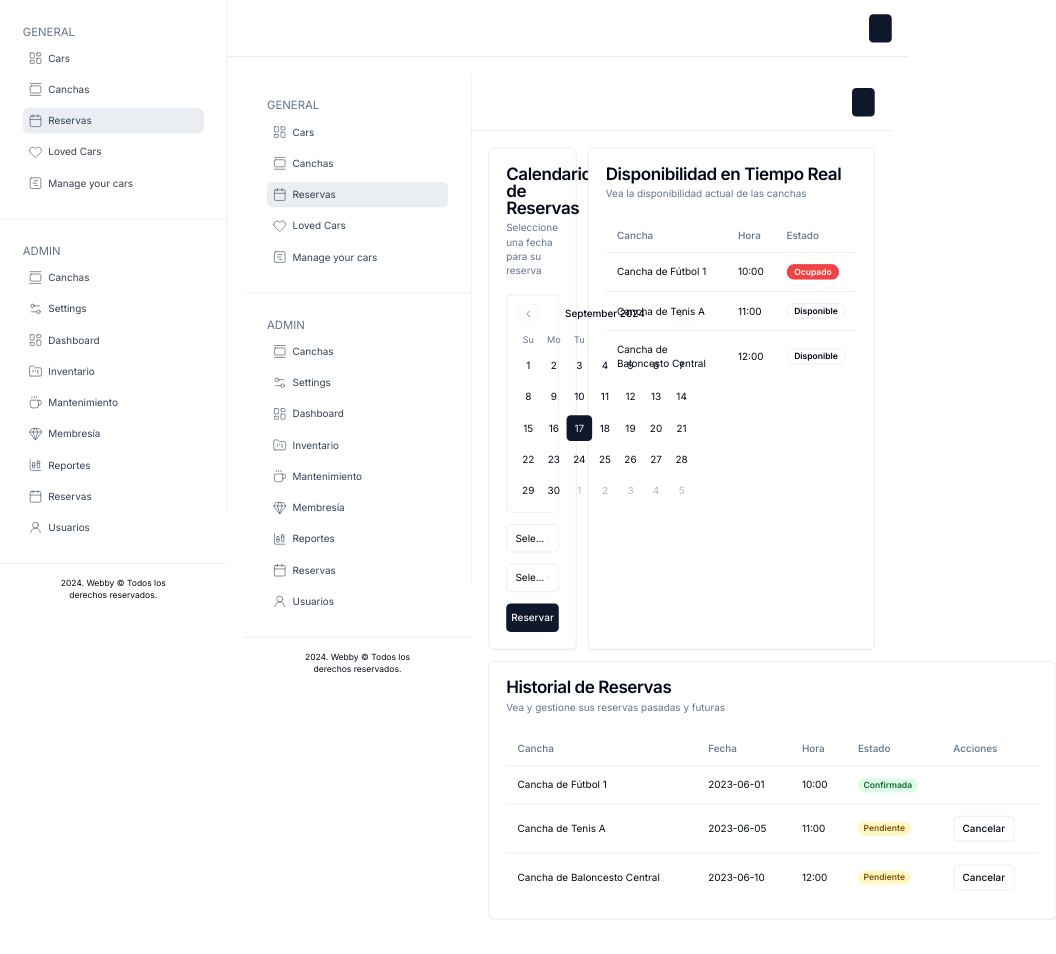
Repository: Jackson-sch/cdeporte
Page: /reservas
The author's editor kept a copy of each file at every save. The page is drawn from the files as they stood at one save, then again after the next save.
The browser window is 1280 px wide. The page is 1488 px wide, then 1280 px, so the pictures cover 1488 px, including what lies to the right of the window. The pictures show the whole page, at 71% of full size.
The project was rebuilt for these pictures with package versions that can differ from the ones it lists, and the page was loaded fresh each time. The framework's server and built-in components were replaced by stand-ins that run in the browser. Also part of the build but not shown: next.config.mjs, src/components/ui/label.jsx, src/components/ui/input.jsx, src/components/Reservas/HistorialReserva.jsx.

Above is the page before, as saved 2024-09-17 20:09:36.

### src/app/layout.jsx
import { Inter } from "next/font/google";
import "./globals.css";
import { Toaster } from "@/components/ui/toaster";

const inter = Inter({ subsets: ["latin"] });

export const metadata = {
  title: "Create Next App",
  description: "Generated by create next app",
};

export default function RootLayout({ children }) {
  return (
    <html lang="en">
      <body className={inter.className}>
        {children}
        <Toaster />
        </body>
    </html>
  );
}

### src/app/(routes)/layout.jsx
import { NavbarDashboard } from "@/components/NavbarDashboard/NavbarDashboard";
import { Sidebar } from "@/components/Sidebar/Sidebar";




export default function LayoutDashboard({ children }) {
  return (
    <div className="flex w-full h-full">
      <div className="hidden h-full xl:block w-80 xl:fixed">
        <Sidebar />
      </div>
      <div className="w-full h-full xl:ml-80">
        <NavbarDashboard />
        <div className="p-6 h-max container">{children}</div>
      </div>
    </div>
  );
}

### src/app/(routes)/(cliente)/layout.jsx
import { NavbarDashboard } from "@/components/NavbarDashboard/NavbarDashboard";
import { Sidebar } from "@/components/Sidebar/Sidebar";




export default function LayoutDashboard({ children }) {
  return (
    <div className="flex w-full h-full">
      <div className="hidden h-full xl:block w-80 xl:fixed">
        <Sidebar />
      </div>
      <div className="w-full h-full xl:ml-80">
        <NavbarDashboard />
        <div className="p-6 h-max container">{children}</div>
      </div>
    </div>
  );
}

### src/components/ui/toaster.jsx
"use client"

import {
  Toast,
  ToastClose,
  ToastDescription,
  ToastProvider,
  ToastTitle,
  ToastViewport,
} from "@/components/ui/toast"
import { useToast } from "@/components/ui/use-toast"

export function Toaster() {
  const { toasts } = useToast()

  return (
    (<ToastProvider>
      {toasts.map(function ({ id, title, description, action, ...props }) {
        return (
          (<Toast key={id} {...props}>
            <div className="grid gap-1">
              {title && <ToastTitle>{title}</ToastTitle>}
              {description && (
                <ToastDescription>{description}</ToastDescription>
              )}
            </div>
            {action}
            <ToastClose />
          </Toast>)
        );
      })}
      <ToastViewport />
    </ToastProvider>)
  );
}

### src/components/NavbarDashboard/NavbarDashboard.jsx
import { Sheet, SheetContent, SheetTrigger } from "@/components/ui/sheet";
import {Button } from "@/components/ui/button";
import { Menu } from "lucide-react";
import { SidebarRoutes } from "../SidebarRoutes/SidebarRoutes";



export function NavbarDashboard() {
  return (
    <nav className="flex items-center justify-between w-full h-20 px-2 border-b gap-x-4 md:px-6 bg-background">
      <div className="block xl:hidden">
        <Sheet>
          <SheetTrigger className="flex items-center">
            <Menu />
          </SheetTrigger>
          <SheetContent side="left">
            <SidebarRoutes />
          </SheetContent>
        </Sheet>
      </div>
      <div className="flex items-center justify-end w-full gap-x-2">
        <Button />
      </div>
    </nav>
  );
}

### src/components/Sidebar/Sidebar.jsx
import { SidebarRoutes } from "../SidebarRoutes/SidebarRoutes";


export function Sidebar() {
  return (
    <div className="h-screen">
      <div className="flex flex-col h-full border-r">
        <SidebarRoutes />
      </div>
    </div>
  );
}

### src/components/ui/calendar.jsx
"use client";
import * as React from "react"
import { ChevronLeft, ChevronRight } from "lucide-react"
import { DayPicker } from "react-day-picker"

import { cn } from "@/lib/utils"
import { buttonVariants } from "@/components/ui/button"

function Calendar({
  className,
  classNames,
  showOutsideDays = true,
  ...props
}) {
  return (
    (<DayPicker
      showOutsideDays={showOutsideDays}
      className={cn("p-3", className)}
      classNames={{
        months: "flex flex-col sm:flex-row space-y-4 sm:space-x-4 sm:space-y-0",
        month: "space-y-4",
        caption: "flex justify-center pt-1 relative items-center",
        caption_label: "text-sm font-medium",
        nav: "space-x-1 flex items-center",
        nav_button: cn(
          buttonVariants({ variant: "outline" }),
          "h-7 w-7 bg-transparent p-0 opacity-50 hover:opacity-100"
        ),
        nav_button_previous: "absolute left-1",
        nav_button_next: "absolute right-1",
        table: "w-full border-collapse space-y-1",
        head_row: "flex",
        head_cell:
          "text-muted-foreground rounded-md w-9 font-normal text-[0.8rem]",
        row: "flex w-full mt-2",
        cell: "h-9 w-9 text-center text-sm p-0 relative [&:has([aria-selected].day-range-end)]:rounded-r-md [&:has([aria-selected].day-outside)]:bg-accent/50 [&:has([aria-selected])]:bg-accent first:[&:has([aria-selected])]:rounded-l-md last:[&:has([aria-selected])]:rounded-r-md focus-within:relative focus-within:z-20",
        day: cn(
          buttonVariants({ variant: "ghost" }),
          "h-9 w-9 p-0 font-normal aria-selected:opacity-100"
        ),
        day_range_end: "day-range-end",
        day_selected:
          "bg-primary text-primary-foreground hover:bg-primary hover:text-primary-foreground focus:bg-primary focus:text-primary-foreground",
        day_today: "bg-accent text-accent-foreground",
        day_outside:
          "day-outside text-muted-foreground opacity-50 aria-selected:bg-accent/50 aria-selected:text-muted-foreground aria-selected:opacity-30",
        day_disabled: "text-muted-foreground opacity-50",
        day_range_middle:
          "aria-selected:bg-accent aria-selected:text-accent-foreground",
        day_hidden: "invisible",
        ...classNames,
      }}
      components={{
        IconLeft: ({ ...props }) => <ChevronLeft className="h-4 w-4" />,
        IconRight: ({ ...props }) => <ChevronRight className="h-4 w-4" />,
      }}
      {...props} />)
  );
}
Calendar.displayName = "Calendar"

export { Calendar }

### src/components/ui/card.jsx
import * as React from "react"

import { cn } from "@/lib/utils"

const Card = React.forwardRef(({ className, ...props }, ref) => (
  <div
    ref={ref}
    className={cn("rounded-lg border bg-card text-card-foreground shadow-sm", className)}
    {...props} />
))
Card.displayName = "Card"

const CardHeader = React.forwardRef(({ className, ...props }, ref) => (
  <div
    ref={ref}
    className={cn("flex flex-col space-y-1.5 p-6", className)}
    {...props} />
))
CardHeader.displayName = "CardHeader"

const CardTitle = React.forwardRef(({ className, ...props }, ref) => (
  <h3
    ref={ref}
    className={cn("text-2xl font-semibold leading-none tracking-tight", className)}
    {...props} />
))
CardTitle.displayName = "CardTitle"

const CardDescription = React.forwardRef(({ className, ...props }, ref) => (
  <p
    ref={ref}
    className={cn("text-sm text-muted-foreground", className)}
    {...props} />
))
CardDescription.displayName = "CardDescription"

const CardContent = React.forwardRef(({ className, ...props }, ref) => (
  <div ref={ref} className={cn("p-6 pt-0", className)} {...props} />
))
CardContent.displayName = "CardContent"

const CardFooter = React.forwardRef(({ className, ...props }, ref) => (
  <div
    ref={ref}
    className={cn("flex items-center p-6 pt-0", className)}
    {...props} />
))
CardFooter.displayName = "CardFooter"

export { Card, CardHeader, CardFooter, CardTitle, CardDescription, CardContent }

### src/components/ui/button.jsx
import * as React from "react"
import { Slot } from "@radix-ui/react-slot"
import { cva } from "class-variance-authority";

import { cn } from "@/lib/utils"

const buttonVariants = cva(
  "inline-flex items-center justify-center whitespace-nowrap rounded-md text-sm font-medium ring-offset-background transition-colors focus-visible:outline-none focus-visible:ring-2 focus-visible:ring-ring focus-visible:ring-offset-2 disabled:pointer-events-none disabled:opacity-50",
  {
    variants: {
      variant: {
        default: "bg-primary text-primary-foreground hover:bg-primary/90",
        destructive:
          "bg-destructive text-destructive-foreground hover:bg-destructive/90",
        outline:
          "border border-input bg-background hover:bg-accent hover:text-accent-foreground",
        secondary:
          "bg-secondary text-secondary-foreground hover:bg-secondary/80",
        ghost: "hover:bg-accent hover:text-accent-foreground",
        link: "text-primary underline-offset-4 hover:underline",
      },
      size: {
        default: "h-10 px-4 py-2",
        sm: "h-9 rounded-md px-3",
        lg: "h-11 rounded-md px-8",
        icon: "h-10 w-10",
      },
    },
    defaultVariants: {
      variant: "default",
      size: "default",
    },
  }
)

const Button = React.forwardRef(({ className, variant, size, asChild = false, ...props }, ref) => {
  const Comp = asChild ? Slot : "button"
  return (
    (<Comp
      className={cn(buttonVariants({ variant, size, className }))}
      ref={ref}
      {...props} />)
  );
})
Button.displayName = "Button"

export { Button, buttonVariants }

### src/components/Reservas/RealTimeAvailability.jsx
'use client'
import React, { useState, useEffect } from 'react'
import { Card, CardHeader, CardTitle, CardDescription, CardContent } from "@/components/ui/card"
import { Table, TableBody, TableCell, TableHead, TableHeader, TableRow } from "@/components/ui/table"
import { Badge } from "@/components/ui/badge"

export default function RealTimeAvailability() {
  const [availability, setAvailability] = useState([])

  useEffect(() => {
    // Simulación de actualización en tiempo real
    const interval = setInterval(() => {
      const newAvailability = [
        { id: 1, court: "Cancha de Fútbol 1", time: "10:00", status: Math.random() > 0.5 ? "Disponible" : "Ocupado" },
        { id: 2, court: "Cancha de Tenis A", time: "11:00", status: Math.random() > 0.5 ? "Disponible" : "Ocupado" },
        { id: 3, court: "Cancha de Baloncesto Central", time: "12:00", status: Math.random() > 0.5 ? "Disponible" : "Ocupado" },
      ]
      setAvailability(newAvailability)
    }, 5000) // Actualiza cada 5 segundos

    return () => clearInterval(interval)
  }, [])

  return (
    <Card className="w-full h-full">
      <CardHeader>
        <CardTitle>Disponibilidad en Tiempo Real</CardTitle>
        <CardDescription>Vea la disponibilidad actual de las canchas</CardDescription>
      </CardHeader>
      <CardContent>
        <Table>
          <TableHeader>
            <TableRow>
              <TableHead>Cancha</TableHead>
              <TableHead>Hora</TableHead>
              <TableHead>Estado</TableHead>
            </TableRow>
          </TableHeader>
          <TableBody>
            {availability.map((item) => (
              <TableRow key={item.id}>
                <TableCell>{item.court}</TableCell>
                <TableCell>{item.time}</TableCell>
                <TableCell>
                  <Badge variant={item.status === "Disponible" ? "success" : "destructive"}>
                    {item.status}
                  </Badge>
                </TableCell>
              </TableRow>
            ))}
          </TableBody>
        </Table>
      </CardContent>
    </Card>
  )
}

### src/components/Reservas/ReservationHistory.jsx
"0use client";
import React, { useState } from "react";
import {
  Card,
  CardHeader,
  CardTitle,
  CardDescription,
  CardContent,
} from "@/components/ui/card";
import {
  Table,
  TableBody,
  TableCell,
  TableHead,
  TableHeader,
  TableRow,
} from "@/components/ui/table";
import { Button } from "@/components/ui/button";
import {
  Dialog,
  DialogTrigger,
  DialogContent,
  DialogHeader,
  DialogTitle,
  DialogDescription,
  DialogFooter,
} from "@/components/ui/dialog";

export default function ReservationHistory() {
  const [reservations, setReservations] = useState([
    {
      id: 1,
      court: "Cancha de Fútbol 1",
      date: "2023-06-01",
      time: "10:00",
      status: "Confirmada",
    },
    {
      id: 2,
      court: "Cancha de Tenis A",
      date: "2023-06-05",
      time: "11:00",
      status: "Pendiente",
    },
    {
      id: 3,
      court: "Cancha de Baloncesto Central",
      date: "2023-06-10",
      time: "12:00",
      status: "Pendiente",
    },
  ]);

  const [selectedReservation, setSelectedReservation] = useState(null);
  const [isDialogOpen, setIsDialogOpen] = useState(false);

  const handleCancel = (id) => {
    setReservations(
      reservations.map((res) =>
        res.id === id ? { ...res, status: "Cancelada" } : res
      )
    );
    setIsDialogOpen(false);
  };

  return (
    <Card className="w-[800px]">
      <CardHeader>
        <CardTitle>Historial de Reservas</CardTitle>
        <CardDescription>
          Vea y gestione sus reservas pasadas y futuras
        </CardDescription>
      </CardHeader>
      <CardContent>
        <Table>
          <TableHeader>
            <TableRow>
              <TableHead>Cancha</TableHead>
              <TableHead>Fecha</TableHead>
              <TableHead>Hora</TableHead>
              <TableHead>Estado</TableHead>
              <TableHead>Acciones</TableHead>
            </TableRow>
          </TableHeader>
          <TableBody>
            {reservations.map((reservation) => (
              <TableRow key={reservation.id}>
                <TableCell>{reservation.court}</TableCell>
                <TableCell>{reservation.date}</TableCell>
                <TableCell>{reservation.time}</TableCell>
                <TableCell>
                  <span
                    className={`px-2 inline-flex text-xs leading-5 font-semibold rounded-full
                    ${
                      reservation.status === "Confirmada"
                        ? "bg-green-100 text-green-800"
                        : reservation.status === "Cancelada"
                        ? "bg-red-100 text-red-800"
                        : "bg-yellow-100 text-yellow-800"
                    }`}
                  >
                    {reservation.status}
                  </span>
                </TableCell>
                <TableCell>
                  {reservation.status === "Pendiente" && (
                    <Dialog open={isDialogOpen} onOpenChange={setIsDialogOpen}>
                      <DialogTrigger asChild>
                        <Button
                          variant="outline"
                          size="sm"
                          onClick={() => setSelectedReservation(reservation)}
                        >
                          Cancelar
                        </Button>
                      </DialogTrigger>
                      <DialogContent>
                        <DialogHeader>
                          <DialogTitle>Confirmar Cancelación</DialogTitle>
                          <DialogDescription>
                            ¿Está seguro que desea cancelar esta reserva?
                          </DialogDescription>
                        </DialogHeader>
                        <DialogFooter>
                          <Button
                            variant="outline"
                            onClick={() => setIsDialogOpen(false)}
                          >
                            No, mantener reserva
                          </Button>
                          <Button
                            variant="destructive"
                            onClick={() => handleCancel(selectedReservation.id)}
                          >
                            Sí, cancelar reserva
                          </Button>
                        </DialogFooter>
                      </DialogContent>
                    </Dialog>
                  )}
                </TableCell>
              </TableRow>
            ))}
          </TableBody>
        </Table>
      </CardContent>
    </Card>
  );
}

### src/components/SidebarRoutes/SidebarRoutes.jsx
"use client";

import { Separator } from "@/components/ui/separator";
import { dataAdminSidebar, dataGeneralSidebar } from "./SidebarRoute.data";
import { SidebarItem } from "./SidebarItem/SidebarItem";



export function SidebarRoutes() {

  return (
    <div className="flex flex-col justify-between h-full">
      <div>
        <div className="p-4 md:p-8">
          <p className="mb-2 text-slate-500">GENERAL</p>
          {dataGeneralSidebar.map((item) => (
            <SidebarItem key={item.label} item={item} />
          ))}
        </div>

        <Separator />

          <div className="p-4 md:p-8">
            <p className="mb-2 text-slate-500">ADMIN</p>
            {dataAdminSidebar.map((item) => (
              <SidebarItem key={item.label} item={item} />
            ))}
          </div>
      </div>

      <div>
        <Separator />

        <footer className="px-6 py-2 mt-3 text-center text-xs text-pretty">
          2024. Webby © Todos los derechos reservados.
        </footer>
      </div>
    </div>
  );
}

### src/components/ui/table.jsx
import * as React from "react"

import { cn } from "@/lib/utils"

const Table = React.forwardRef(({ className, ...props }, ref) => (
  <div className="relative w-full overflow-auto">
    <table
      ref={ref}
      className={cn("w-full caption-bottom text-sm", className)}
      {...props} />
  </div>
))
Table.displayName = "Table"

const TableHeader = React.forwardRef(({ className, ...props }, ref) => (
  <thead ref={ref} className={cn("[&_tr]:border-b", className)} {...props} />
))
TableHeader.displayName = "TableHeader"

const TableBody = React.forwardRef(({ className, ...props }, ref) => (
  <tbody
    ref={ref}
    className={cn("[&_tr:last-child]:border-0", className)}
    {...props} />
))
TableBody.displayName = "TableBody"

const TableFooter = React.forwardRef(({ className, ...props }, ref) => (
  <tfoot
    ref={ref}
    className={cn("border-t bg-muted/50 font-medium [&>tr]:last:border-b-0", className)}
    {...props} />
))
TableFooter.displayName = "TableFooter"

const TableRow = React.forwardRef(({ className, ...props }, ref) => (
  <tr
    ref={ref}
    className={cn(
      "border-b transition-colors hover:bg-muted/50 data-[state=selected]:bg-muted",
      className
    )}
    {...props} />
))
TableRow.displayName = "TableRow"

const TableHead = React.forwardRef(({ className, ...props }, ref) => (
  <th
    ref={ref}
    className={cn(
      "h-12 px-4 text-left align-middle font-medium text-muted-foreground [&:has([role=checkbox])]:pr-0",
      className
    )}
    {...props} />
))
TableHead.displayName = "TableHead"

const TableCell = React.forwardRef(({ className, ...props }, ref) => (
  <td
    ref={ref}
    className={cn("p-4 align-middle [&:has([role=checkbox])]:pr-0", className)}
    {...props} />
))
TableCell.displayName = "TableCell"

const TableCaption = React.forwardRef(({ className, ...props }, ref) => (
  <caption
    ref={ref}
    className={cn("mt-4 text-sm text-muted-foreground", className)}
    {...props} />
))
TableCaption.displayName = "TableCaption"

export {
  Table,
  TableHeader,
  TableBody,
  TableFooter,
  TableHead,
  TableRow,
  TableCell,
  TableCaption,
}

### src/components/ui/badge.jsx
import * as React from "react"
import { cva } from "class-variance-authority";

import { cn } from "@/lib/utils"

const badgeVariants = cva(
  "inline-flex items-center rounded-full border px-2.5 py-0.5 text-xs font-semibold transition-colors focus:outline-none focus:ring-2 focus:ring-ring focus:ring-offset-2",
  {
    variants: {
      variant: {
        default:
          "border-transparent bg-primary text-primary-foreground hover:bg-primary/80",
        secondary:
          "border-transparent bg-secondary text-secondary-foreground hover:bg-secondary/80",
        destructive:
          "border-transparent bg-destructive text-destructive-foreground hover:bg-destructive/80",
        outline: "text-foreground",
      },
    },
    defaultVariants: {
      variant: "default",
    },
  }
)

function Badge({
  className,
  variant,
  ...props
}) {
  return (<div className={cn(badgeVariants({ variant }), className)} {...props} />);
}

export { Badge, badgeVariants }

### src/components/SidebarRoutes/SidebarRoute.data.jsx
import {
  Calendar,
  Car,
  ChartColumnStacked,
  Coffee,
  FolderKanban,
  GalleryVertical,
  Gem,
  Heart,
  LayoutDashboard,
  Settings2,
  SquareGanttChart,
  User2,
} from "lucide-react";

export const dataGeneralSidebar = [
  {
    icon: LayoutDashboard,
    label: "Cars",
    href: "/dashboard",
  },
  {
    icon: GalleryVertical,
    label: "Canchas",
    href: "/canchas",
  },
  {
    icon: Calendar,
    label: "Reservas",
    href: "/reservas",
  },
  {
    icon: Heart,
    label: "Loved Cars",
    href: "/loved-cars",
  },
  {
    icon: SquareGanttChart,
    label: "Manage your cars",
    href: "/canchitas",
  },
];

export const dataAdminSidebar = [
  {
    icon: GalleryVertical,
    label: "Canchas",
    href: "/admin/canchas",
  },
  {
    icon: Settings2,
    label: "Settings",
    href: "/admin/configuracion",
  },
  {
    icon: LayoutDashboard,
    label: "Dashboard",
    href: "/admin/dashboard",
  },
  {
    icon: FolderKanban,
    label: "Inventario",
    href: "/admin/inventario",
  },
  {
    icon: Coffee,
    label: "Mantenimiento",
    href: "/admin/mantenimiento",
  },
  {
    icon: Gem,
    label: "Membresía",
    href: "/admin/membresia",
  },
  {
    icon: ChartColumnStacked,
    label: "Reportes",
    href: "/admin/reportes",
  },
  {
    icon: Calendar,
    label: "Reservas",
    href: "/admin/reservas",
  },
  {
    icon: User2,
    label: "Usuarios",
    href: "/admin/usuarios",
  },
];

### src/components/SidebarRoutes/SidebarItem/SidebarItem.jsx
import Link from "next/link";
import { cn } from "@/lib/utils";
import { usePathname } from "next/navigation";

export function SidebarItem({item}) {
  const { href, icon: Icon, label } = item;

  const pathname = usePathname();

  const activePath = pathname === href;

  return (
    <Link
      href={href}
      className={cn(
        `flex gap-x-2 mt-2 text-slate-700 text-sm items-center hover:bg-slate-300/20 p-2 rounded-lg cursor-pointer`,
        activePath && "bg-slate-400/20"
      )}
    >
      <Icon className="h-5 w-5" strokeWidth={1} />
      {label}
    </Link>
  );
}

Loaded but not shown: src/app/globals.css (common file); src/lib/utils.js (common file); src/components/ui/separator.jsx (common file); tailwind.config.js (common file); src/components/ui/use-toast.js (155 lines, source omitted); src/app/(routes)/(cliente)/reservas/page.jsx (170 lines, source omitted); src/components/ui/select.jsx (122 lines, source omitted); src/components/ui/toast.jsx (83 lines, source omitted); src/components/ui/sheet.jsx (109 lines, source omitted); src/components/ui/dialog.jsx (96 lines, source omitted)

After the next save:
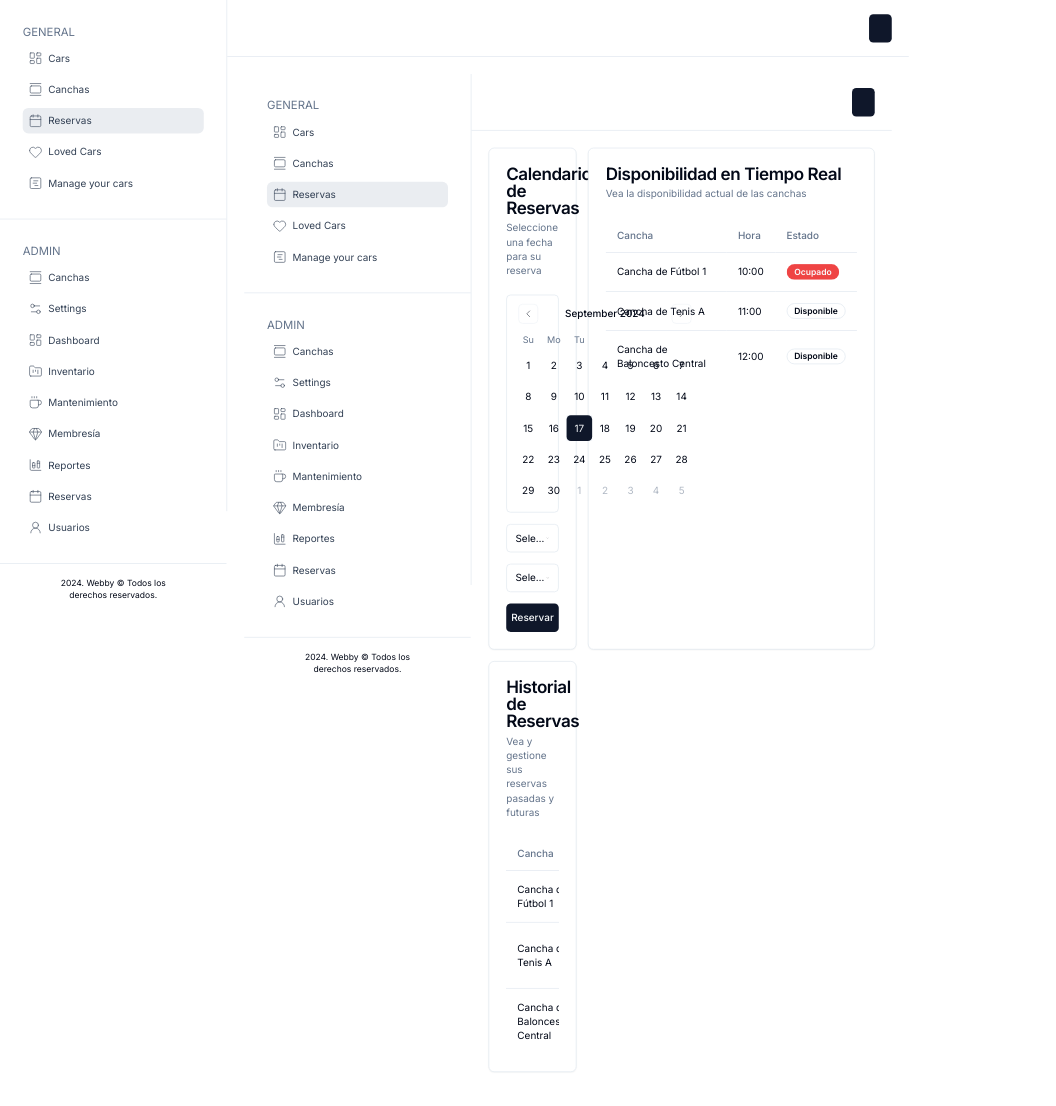
Saved 35 s later.
--- a/src/components/Reservas/ReservationHistory.jsx
+++ b/src/components/Reservas/ReservationHistory.jsx
@@ -64,7 +64,7 @@ export default function ReservationHistory() {
   };
 
   return (
-    <Card className="w-[800px]">
+    <Card className="w-full">
       <CardHeader>
         <CardTitle>Historial de Reservas</CardTitle>
         <CardDescription>
